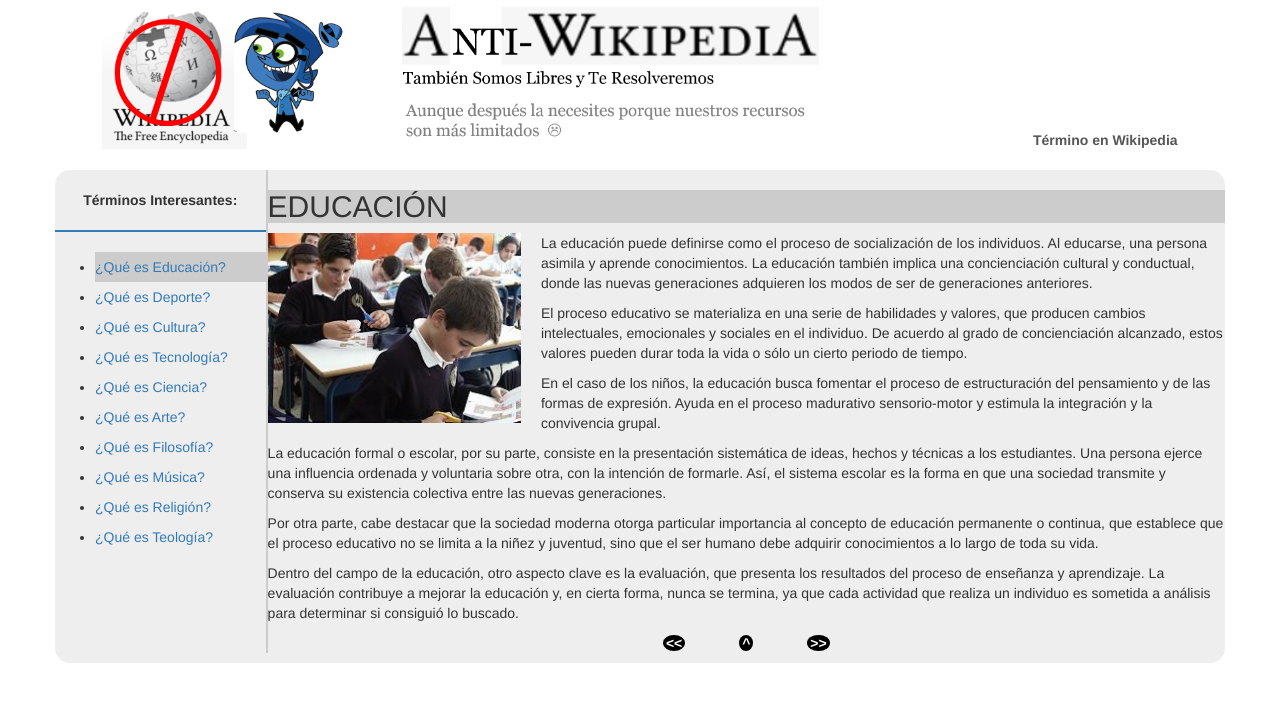
Repository: Waz25/Class-Royal
Page: Nueva carpeta/Primera Asignacion Web/classe.html
The author's editor kept a record of every edit. The page is drawn from the files as they stood at one moment, then again after the next edit.
The browser window is 1280 px wide. The pictures show the whole page.

Above is the page before.

After the next edit:
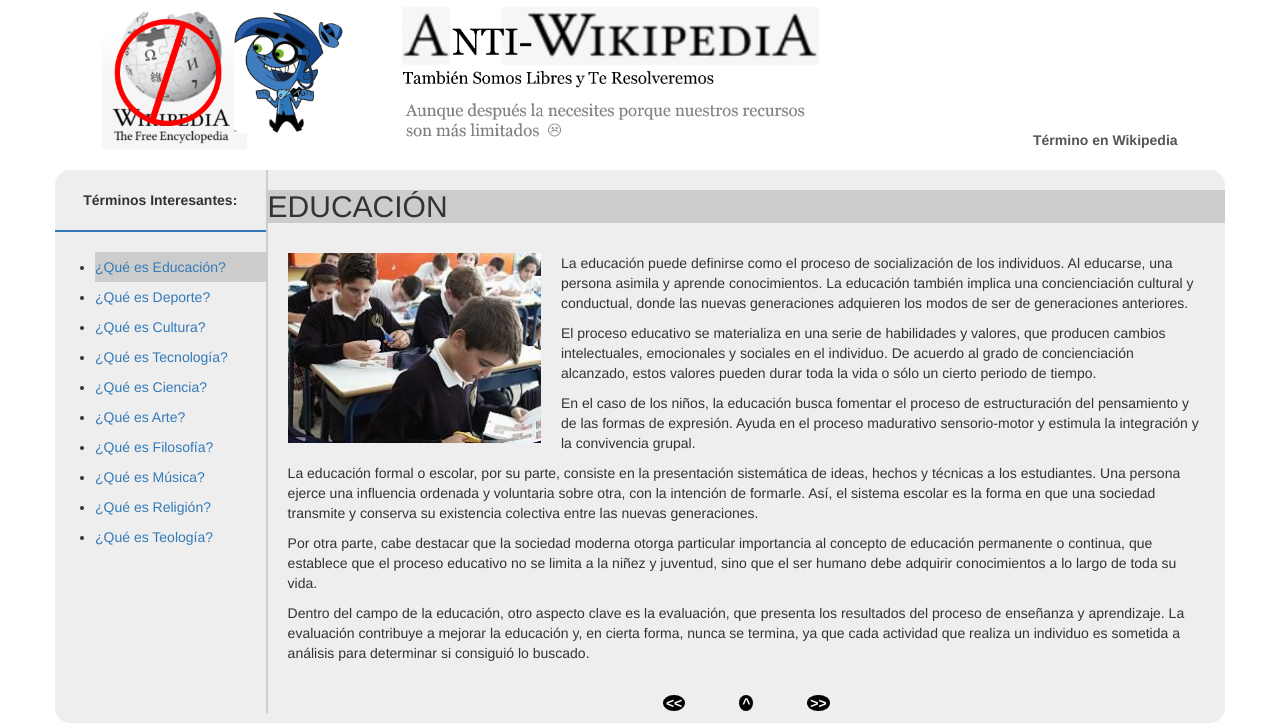
The edit:
--- a/Nueva carpeta/Primera Asignacion Web/stilos.css
+++ b/Nueva carpeta/Primera Asignacion Web/stilos.css
@@ -49,7 +49,9 @@
 .titulo {
     background-color:#ccc;
 }
-
+.detalle {
+    padding:20px;
+}
 .pie {
     clear:left;
     width:100%;
